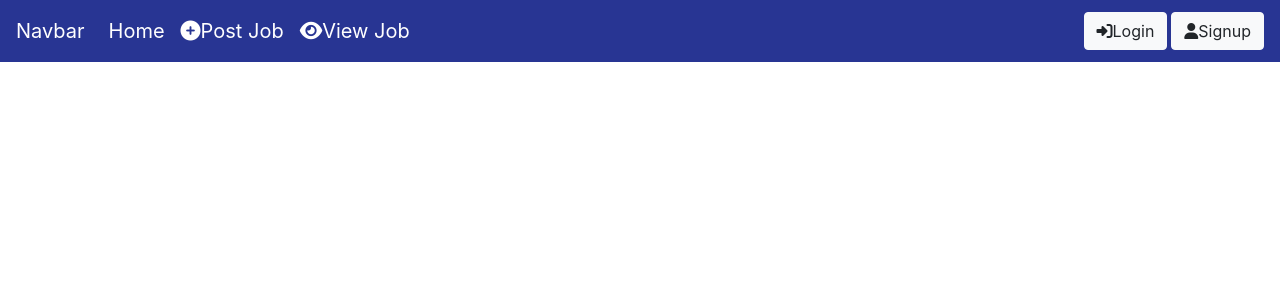
Repository: Pankaj08072001/Adv_Java
Page: http://localhost/06_Job_portal_Project/
An editor plug-in stored every save of this project. The page is shown before and after the next save, followed by the edit.
The browser window is 1280 px wide. The pictures show the whole page.
Some web libraries are served in a nearby version. The page is served by Tomcat 9.

Above is the page before, as saved 2025-03-13 18:52:27.

After the next save:
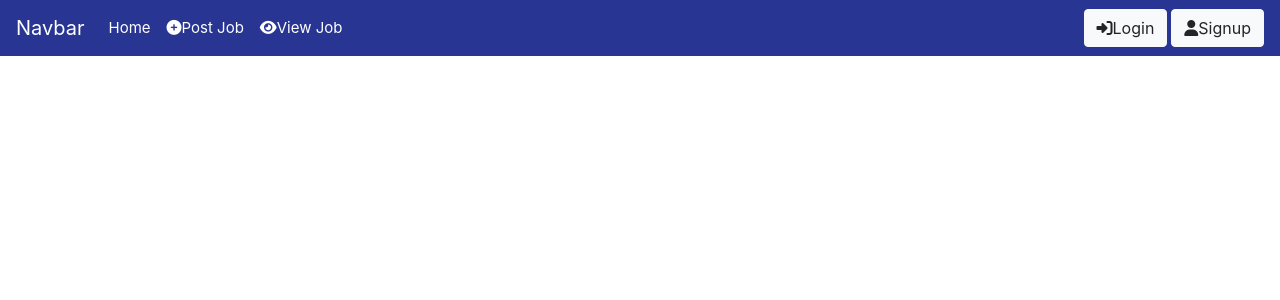
Saved 38 s later.
--- a/06_Job_portal_Project/src/main/webapp/All_component/Style.css
+++ b/06_Job_portal_Project/src/main/webapp/All_component/Style.css
@@ -3,7 +3,7 @@
 
 }
 .navbar .nav-item .nav-link{
-	font-size: 20px;
+	font-size: 15px;
 	color : white;
 }
 .navbar .nav-item:hover .nav-link{
